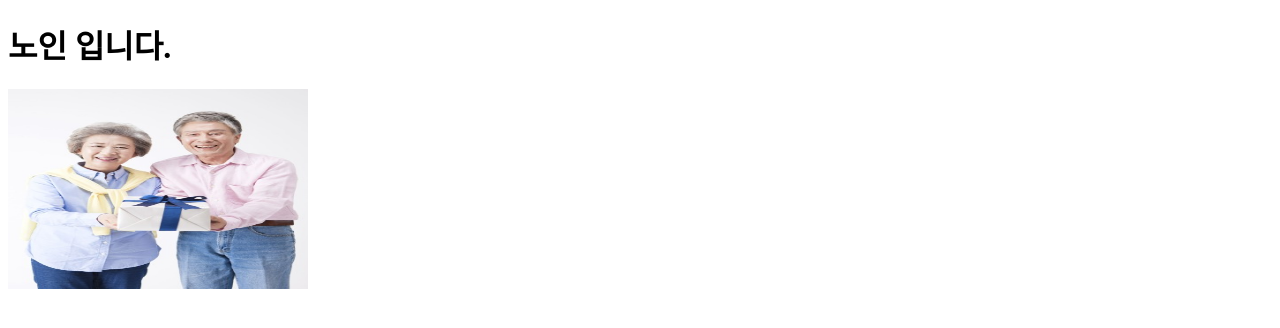
Repository: lee-ruru/jsp_practice
Page: http://localhost/JSPBasic/JspObject/4.objecttest/bus_senior.jsp
The author's editor kept a copy of each file at every save. The page is drawn from the files as they stood at one save, then again after the next save.
The browser window is 1280 px wide. The pictures show the whole page.
The page is served by Tomcat 9.

Above is the page before, as saved 2022-02-07 06:17:39.

After the next save:
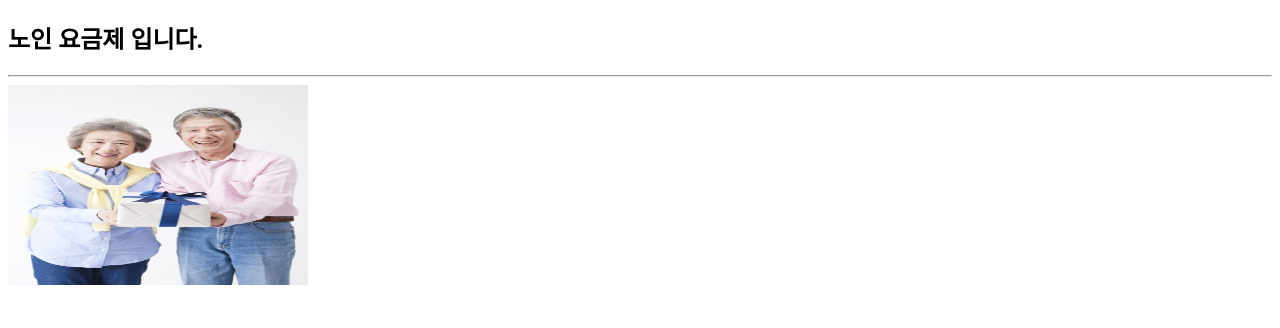
Saved 7 s later.
--- a/JSPBasic/src/main/webapp/JspObject/4.objecttest/bus_senior.jsp
+++ b/JSPBasic/src/main/webapp/JspObject/4.objecttest/bus_senior.jsp
@@ -7,7 +7,9 @@
 <title>Insert title here</title>
 </head>
 <body>
-	<h1>노인 입니다.</h1>
-	<img src="repository/senior.jpg" width="300px" height="200px">
+	<h2>노인 요금제 입니다.</h2>
+	<hr/>
+	<a href="bus_form.jsp"></a>
+	<img src="./repository/senior.jpg" width="300px" height="200px">
 </body>
 </html>
